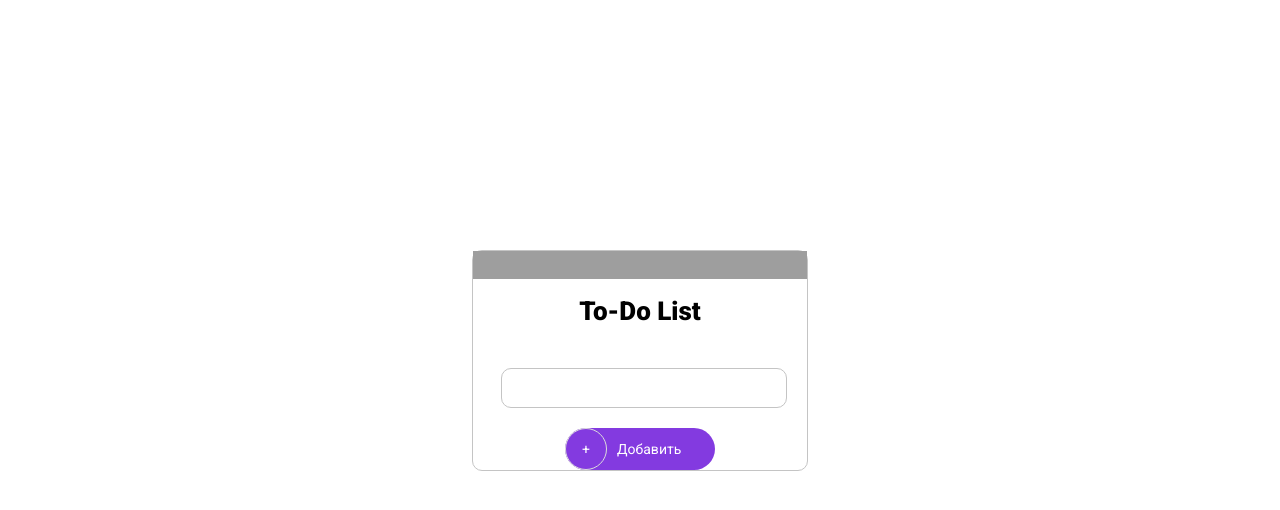
Repository: NatiqSamiyev/To-do-List-js
Page: insex.html
These files come from the project's save history. The page is drawn as it stood at one moment and after a run of saves; the edit follows.
The browser window is 1280 px wide. The pictures show the whole page.
Pictures or frames that could not be fetched are drawn as grey boxes. Some web fonts or font styles are not loaded; a fallback is used.

Above is the page before, as saved 2023-10-31 11:50:26.

### insex.html
<!DOCTYPE html>
<html lang="en">
  <head>
    <meta charset="UTF-8" />
    <meta name="viewport" content="width=device-width, initial-scale=1.0" />
    <title>Document</title>
    <link rel="stylesheet" href="index.css" />
  </head>
  <body>
    <div class="list-container">
      <form action="">
        <div class="color">
          <img src="./image/Rectangle 32.svg" alt="" />
          <h1>To-do list</h1>
        </div>

        <label for="">
          <input type="text" class="text-input" required />
        </label>
        <button>
          <div class="circle">+</div>
          <p>Добавить</p>
        </button>

      </form>
    </div>
  </body>
  <script src="./index.js"></script>
</html>

### index.css
@import url("https://fonts.googleapis.com/css2?family=Epilogue:wght@400;600;700;800&family=Inter:wght@400;500;600;700&family=Laila:wght@700&family=Open+Sans:wght@400;600;700;800&family=Roboto+Slab:wght@700&family=Roboto:wght@400;700;900&display=swap");

* {
  margin: 0;
  padding: 0;
  box-sizing: border-box;
}

.list-container {
  width: 100%;
  display: flex;
  width: 100%;
  min-height: 100vh;
  padding: 232px 0px;
  justify-content: center;
  align-items: center;
  background: #fff;
}

form {
  width: 336px;
  /* height: 236px; */
  border-radius: 10px;
  border: 1px solid #c4c4c4;
  background: rgba(196, 196, 196, 0);
}

form .color img {
  width: 100%;
  height: 28px;
}

.color h1 {
  margin-top: 13px;
  color: #000;
  text-align: center;
  font-family: Roboto;
  font-size: 26px;
  font-style: normal;
  font-weight: 900;
  line-height: normal;
  text-transform: capitalize;
}

input {
  margin-top: 42px;
  margin-left: 28px;
  padding: 10px 15px;
  width: 286px;
  height: 40px;
  border-radius: 10px;
  border: 1px solid #c4c4c4;
  background: rgba(196, 196, 196, 0);
  cursor: pointer;
}

.btn-box {
  position: relative;
  width: 129px;
  height: 42px;
}

.btn-1 {
  margin-top: 18px;
  margin-left: 113px;
  width: 129px;
  height: 42px;
  border: none;
  background-color: #833ae0;
  border-radius: 20px;
  cursor: pointer;
}

.btn-1 h2 {
  color: #fff;
  margin-left: 20px;
  font-family: Roboto;
  font-size: 14px;
  font-style: normal;
  font-weight: 400;
  line-height: normal;
  flex-direction: column;
  justify-content: center;
  display: flex;
}

.btn-2 {
  width: 42px;
  height: 42px;
  background-color: #833ae0;
  border-radius: 25px;
  border: none;
  position: absolute;
  margin-left: 110px;
  top: 18px;
  cursor: pointer;
}

.btn-2 p {
  color: #fff;
  text-align: center;
  font-family: Roboto;
  font-size: 14px;
  font-style: normal;
  font-weight: 400;
  line-height: normal;
  display: flex;
  flex-direction: column;
  justify-content: center;
}

ul {
  margin-bottom: 12px;
  padding: 12px 30px 12px 27px;
}

ul li {
  margin-top: 24px;
  list-style-type: none;
  display: flex;
  justify-content: space-between;
}

ul li h3 {
  color: #000;
  font-family: Roboto;
  font-size: 14px;
  font-style: normal;
  font-weight: 400;
  line-height: normal;
}

ul li img {
  width: 20px;
  height: 20px;
}

button {
  width: 150px;
  height: 42px;
  margin: auto;
  margin-top: 20px;
  display: flex;
  align-items: center;
  background-color: #833ae0;
  border-radius: 25px;
  border: none;

  color: #fff;
  text-align: center;
  font-family: Roboto;
  font-size: 14px;
  font-style: normal;
  font-weight: 400;
  line-height: normal;
}
button .circle {
  margin-right: 10px;
  border-radius: 50%;
  width: 42px;
  height: 42px;
  border: 0.5px solid gainsboro;
  display: flex;
  justify-content: center;
  align-items: center;
}

### index.js
let form=document.querySelector('form')
let bntList=document.querySelector('.btn')
let ul=document.querySelector('ul')
let input=document.querySelector('.text-input')


form.addEventListener('sumbit', sumbitForm)
function sumbitForm(a) {
    a.preventDefault()
    ul.innerHTML +=`
    <li>
     <h3>Почистить зубы</h3>
     <img src="./image/Group 56.svg" alt="">
     <p>${textInput.value}</p>
    </li>

    <li>
     <h3>Купить зубную пасту</h3>
     <img src="./image/Group 56.svg" alt="">
    </li>

    <li>
     <h3>Умыться</h3>
     <img src="./image/Group 56.svg" alt="">
    </li>

    <li>
     <h3>Выпить кофе</h3>
     <img src="./image/Group 56.svg" alt="">
    </li>

    <li>
     <h3>Принять душ</h3>
     <img src="./image/Group 56.svg" alt="">
    </li>
`;
form.reset();

}

After the next 2 saves:
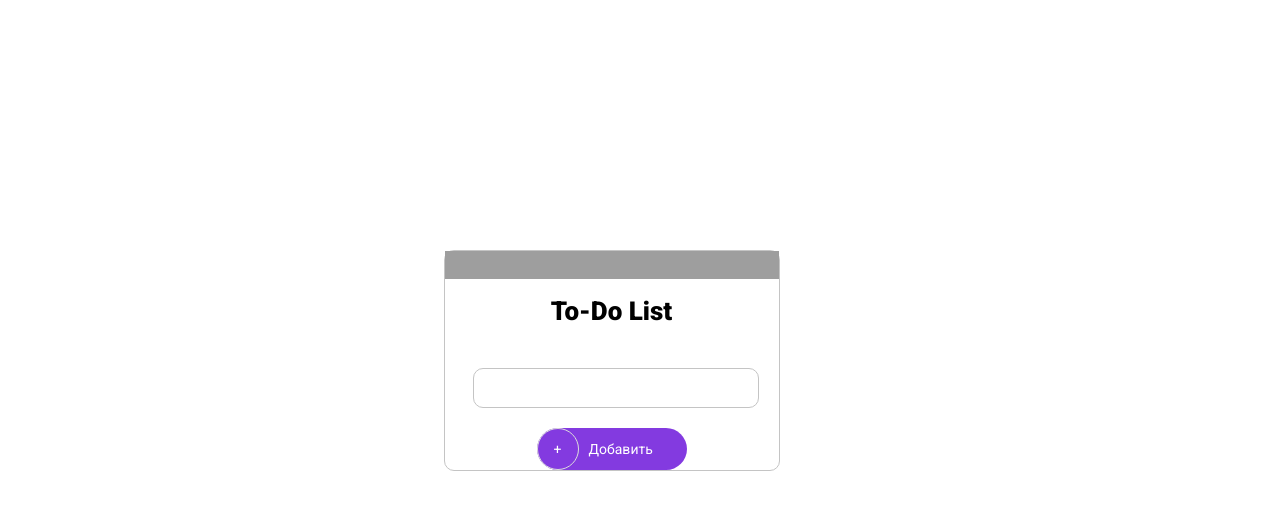
The 2 saves are shown as one change because they came seconds apart.
The last was saved 5 s later.
--- a/insex.html
+++ b/insex.html
@@ -23,6 +23,7 @@
         </button>
 
       </form>
+      <ul></ul>
     </div>
   </body>
   <script src="./index.js"></script>
